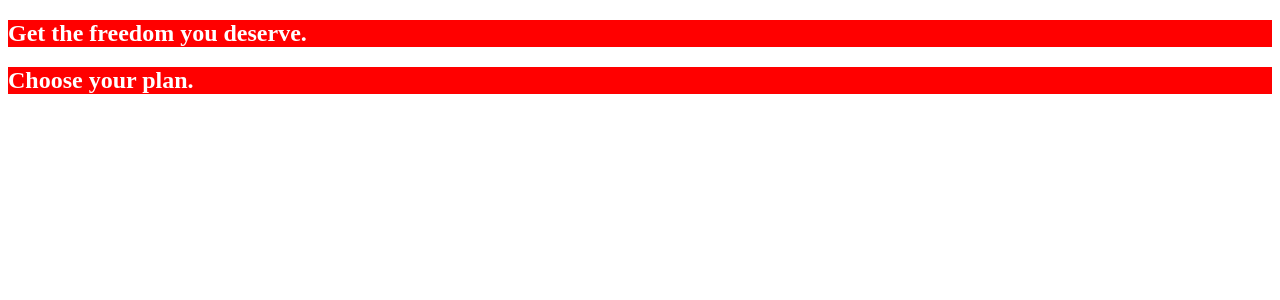
Repository: CH96SHREYA/css
Page: Lecture 1/index.html
These files come from the project's save history. The page is drawn as it stood at one moment and after a run of saves; the edit follows.
The browser window is 1280 px wide. The pictures show the whole page.

Above is the page before, as saved 2021-09-27 08:05:39.

After the next 2 saves:
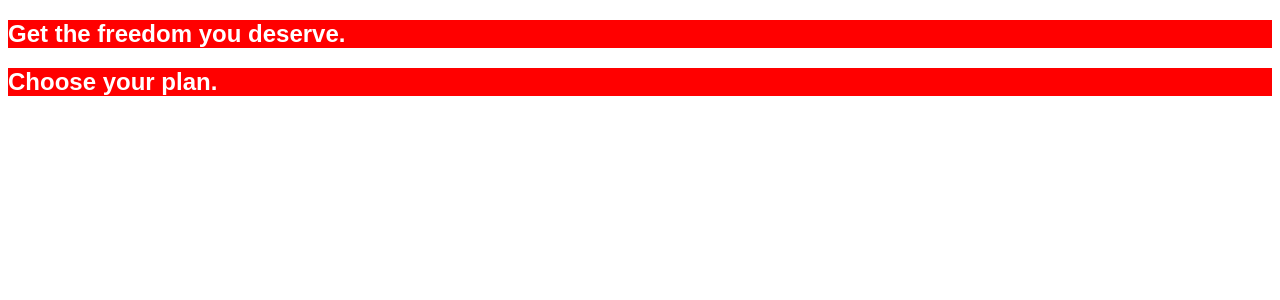
The 2 saves are shown as one change because they came seconds apart.
The last was saved 15 s later.
--- a/Lecture 1/styles.css
+++ b/Lecture 1/styles.css
@@ -3,5 +3,5 @@ section{
 }
 h1{
     color:white;
-    font-family: ;
+    font-family: sans-serif;
 }
